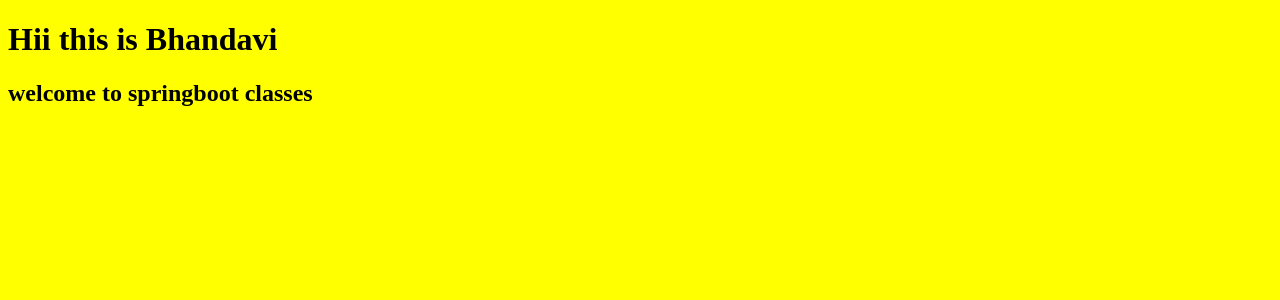
Repository: Bhandavi123/SpringPrograms
Page: SpringBootEx1/src/main/webapp/data.html
These files come from the project's save history. The page is drawn as it stood at one moment and after the next save; the edit follows.
The browser window is 1280 px wide. The pictures show the whole page.

Above is the page before, as saved 2024-03-19 09:30:48.

### SpringBootEx1/src/main/webapp/data.html
<!DOCTYPE html>
<html>
<head>
<meta charset="ISO-8859-1">
<title>Insert title here</title>
</head>
<body bgcolor="yellow">
   <h1>Hii this is Bhandavi</h1>
   <h2>welcome to springboot classes</h2>

</body>
</html>

After the next save:
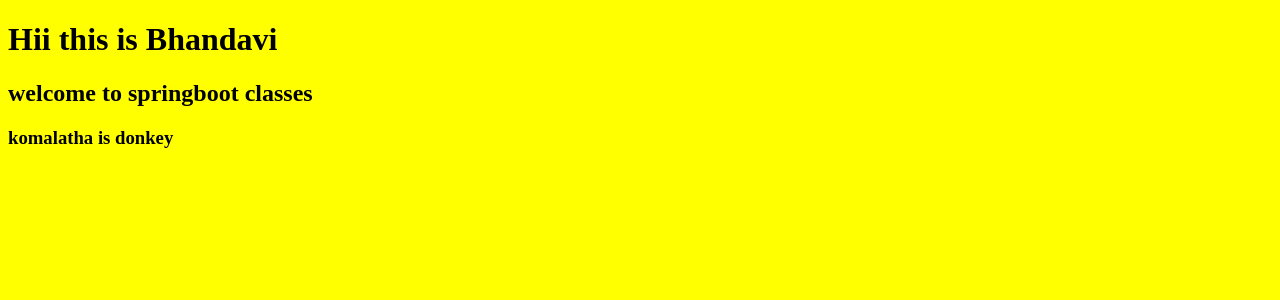
Saved 57 s later.
--- a/SpringBootEx1/src/main/webapp/data.html
+++ b/SpringBootEx1/src/main/webapp/data.html
@@ -7,6 +7,7 @@
 <body bgcolor="yellow">
    <h1>Hii this is Bhandavi</h1>
    <h2>welcome to springboot classes</h2>
+   <h3>komalatha is donkey</h3>
 
 </body>
 </html>
